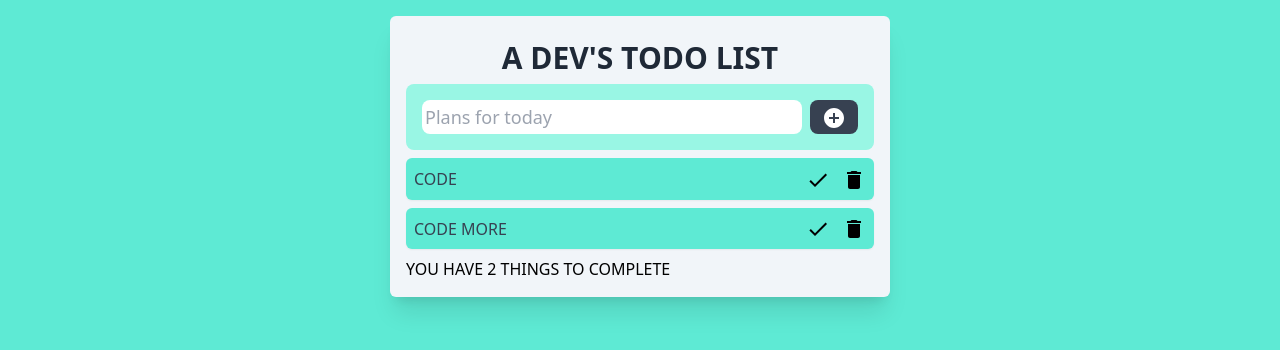
Repository: DevAntonioRogers/React-Todo-CRUD-App
Page: /
An editor plug-in stored every save of this project. The page is shown before and after the next save, followed by the edit.
The browser window is 1280 px wide. The pictures show the whole page.
The project was rebuilt for these pictures with package versions that can differ from the ones it lists, and the page was loaded fresh each time. Also part of the build but not shown: vite.config.ts.

Above is the page before, as saved 2023-05-14 20:07:40.

After the next save:
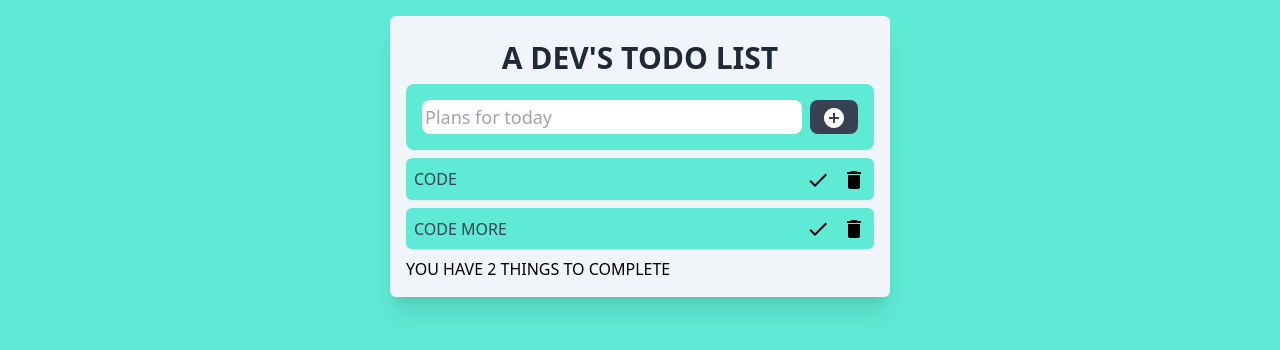
Saved 15 s later.
--- a/src/components/Form.tsx
+++ b/src/components/Form.tsx
@@ -2,7 +2,7 @@ import AddCircleIcon from "@mui/icons-material/AddCircle";
 
 const Form = () => {
   return (
-    <form className="flex justify-between bg-teal-200 p-4 rounded-lg items-center">
+    <form className="flex justify-between bg-teal-300 p-4 rounded-lg items-center">
       <input className="w-full text-lg rounded-lg p-[3px]" type="text" placeholder="Plans for today" />
       <button className="ml-2 p-1 bg-gray-700 px-3 rounded-lg text-white">
         <AddCircleIcon />
